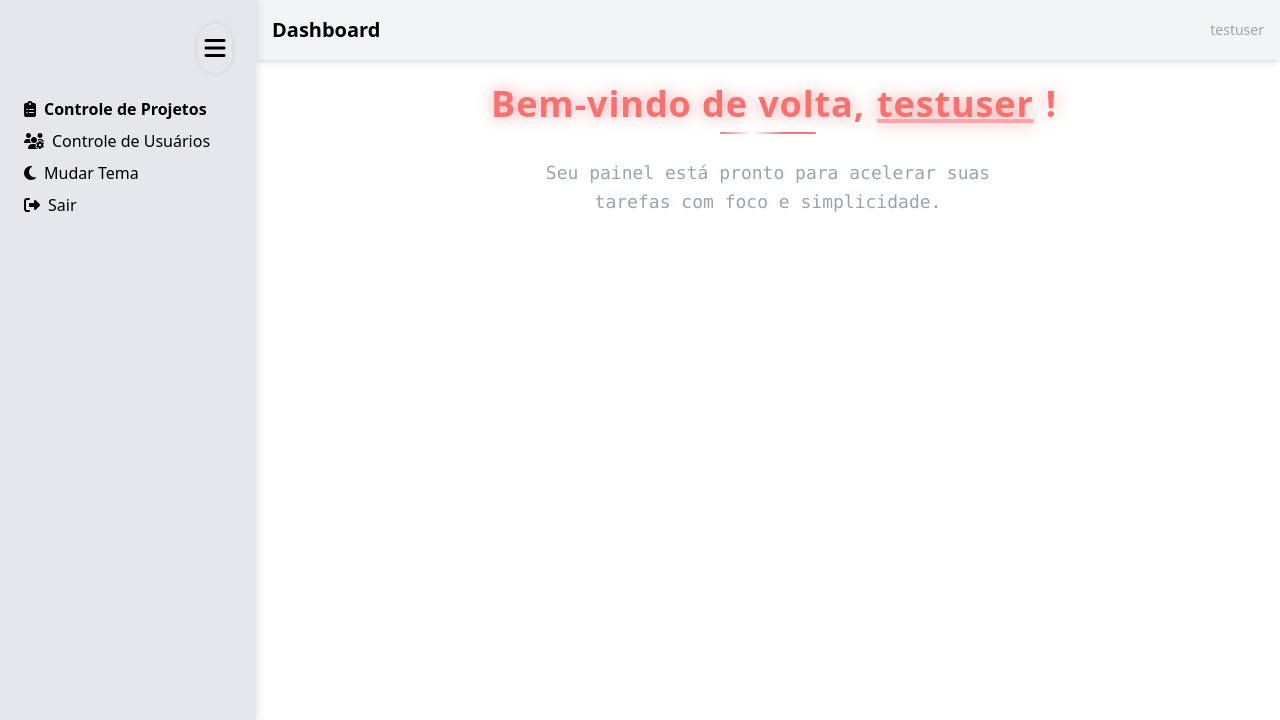
Repository: joaogabrielmonte/organizador
Page: http://localhost/controllers/dashboard.php
An editor plug-in stored every save of this project. The page is shown before and after the next save, followed by the edit.
The browser window is 1280 px wide. The pictures show the whole page.
Some web libraries are served in a nearby version. The page is run by PHP 8.4 with error messages shown; the project is at /var/www/html/. The session is filled in as if someone had signed in: {"usuario": "testuser", "tema": 1}. Other server files are loaded and not shown.

Above is the page before, as saved 2025-06-26 14:35:19.

### controllers/dashboard.php
<?php

session_start();

// Verifica se o usuário está logado
if (!isset($_SESSION['usuario'])) {
    header('Location: login.php'); // Redireciona para a página de login se não estiver logado
    exit;
}

$usuario = $_SESSION['usuario']; // Pega o nome de usuário da sessão
$tema = $_SESSION['tema'] ?? 'dark'; // Pega o tema da sessão ou define um padrão

// ATENÇÃO: Se você tiver quaisquer funções PHP globais ou configurações que o dashboard precise
// (além do carregamento do menu, que moveremos para a view), inclua-as aqui.
// Por exemplo, se lerUsuarios() for usado em algum lugar neste arquivo para alguma lógica de dashboard,
// você precisaria incluir:
// require_once __DIR__ . '/../includes/functions.php';

// Inclui a view (o arquivo HTML). As variáveis PHP definidas acima ($usuario, $tema)
// estarão disponíveis para serem usadas dentro da view.
require_once __DIR__ . '/../views/dashboard.php';

### views/dashboard.php
<!DOCTYPE html>
<html lang="pt-br">
<head>
  <meta charset="UTF-8" />
  <title>Dashboard - Bem-vindo <?= htmlspecialchars($usuario) ?></title>
  <script src="https://cdn.tailwindcss.com"></script>
  <meta name="viewport" content="width=device-width, initial-scale=1.0" />
  <link
    rel="stylesheet"
    href="https://cdnjs.cloudflare.com/ajax/libs/font-awesome/6.5.0/css/all.min.css"
  />
  <style>
    /* Sidebar estilo */
    .sidebar {
      position: fixed;
      top: 0;
      left: 0;
      bottom: 0; /* ocupa toda a altura */
      width: 16rem; /* 256px */
      padding: 1.5rem;
      background-color: <?= $tema === 'dark' ? '#18181b' : '#e5e7eb' ?>;
      box-shadow: 2px 0 8px rgb(0 0 0 / 0.1);
      overflow-x: visible;
      transition: width 0.3s ease-in-out;
      z-index: 40;
    }

    /* Sidebar colapsada */
    .sidebar.collapsed {
      width: 5.5rem; /* espaço maior para botão */
    }

    /* Título do menu flex com espaço */
    .sidebar h2 {
      display: flex;
      justify-content: space-between;
      align-items: center;
      margin-bottom: 1.5rem;
      color: <?= $tema === 'dark' ? 'white' : 'black' ?>;
      user-select: none;
    }

    /* Esconder textos ao colapsar */
    .sidebar.collapsed .menu-text {
      display: none;
    }

    /* Links e detalhes centralizados no colapsado */
    .sidebar.collapsed nav a,
    .sidebar.collapsed details summary,
    .sidebar.collapsed details div a {
      justify-content: center;
    }
    .sidebar.collapsed details div {
      margin-left: 0;
    }

    /* Botão hamburguer dentro da sidebar no topo direito */
    #toggleSidebar {
      background: transparent; /* sem background */
      color: <?= $tema === 'dark' ? 'white' : 'black' ?>;
      border: none;
      cursor: pointer;
      padding: 0.4rem;
      border-radius: 9999px;
      font-size: 1.5rem;
      box-shadow: 0 0 6px rgba(0, 0, 0, 0.1);
      transition: color 0.3s;
      z-index: 50;
      /* Posicionamento */
      position: relative;
      /* alinhado ao topo direito do h2 */
      margin-left: auto;
      flex-shrink: 0;
    }

    #toggleSidebar:hover {
      color: <?= $tema === 'dark' ? '#f87171' : '#b91c1c' ?>; /* hover vermelho */
    }

    /* Ajuste conteúdo principal */
    .main {
      transition: margin-left 0.3s ease-in-out;
      margin-left: 16rem;
      min-height: 100vh;
      background-color: <?= $tema === 'dark' ? '#121212' : '#fff' ?>;
    }

    /* Conteúdo principal deslocado ao colapsar */
    .sidebar.collapsed ~ .main {
      margin-left: 5.5rem;
    }

    /* Header com padding para não encostar na sidebar */
    header.header-adjust {
      padding-left: 1rem;
      padding-right: 1rem;
      transition: margin-left 0.3s ease-in-out;

    }
    /* Ajusta o header quando sidebar está colapsada */
    .sidebar.collapsed ~ .main header.header-adjust {
      margin-left: 0;
    }

    @keyframes slide {
      0% {
        transform: translateX(-100%);
      }
      100% {
        transform: translateX(100%);
      }
    }
    .animate-slide {
      animation: slide 2s linear infinite;
    }
  </style>
</head>
<body class="<?= $tema === 'dark' ? 'bg-black text-white' : 'bg-white text-black' ?> min-h-screen flex">

  <aside id="sidebar" class="sidebar">
    <h2>
      <span class="menu-text"></span>
      <button id="toggleSidebar" aria-label="Abrir ou fechar menu">
        <i class="fas fa-bars"></i>
      </button>
    </h2>

    <?php
    // O PHP para carregar o menu do JSON ainda precisa estar aqui na view,
    // pois ele é responsável por "renderizar" o menu.
    // O caminho para o JSON é relativo a este arquivo de view, que está em 'views/'.
    // Portanto, precisa voltar dois níveis para chegar na raiz e então acessar 'data/'.
    $menu = json_decode(file_get_contents(__DIR__ . '/../data/menu.json'), true);
    ?>

    <nav class="flex flex-col gap-2">
      <?php foreach ($menu as $item): ?>
        <?php if (isset($item['submenu'])): ?>
          <details class="group">
            <summary
              class="cursor-pointer hover:text-rose-400 font-semibold flex items-center gap-2"
            >
              <i class="<?= $item['icone'] ?? 'fas fa-bars' ?>"></i>
              <span class="menu-text"><?= $item['titulo'] ?></span>
            </summary>
            <div class="ml-6 mt-2 flex flex-col gap-1">
              <?php foreach ($item['submenu'] as $sub): ?>
                <a
                  href="<?= $sub['link'] ?>"
                  class="hover:text-rose-400 text-sm flex items-center gap-2"
                >
                  <i class="<?= $sub['icone'] ?? 'fas fa-dot-circle' ?>"></i>
                  <span class="menu-text"><?= $sub['titulo'] ?></span>
                </a>
              <?php endforeach; ?>
            </div>
          </details>
        <?php else: ?>
          <a href="<?= $item['link'] ?>" class="hover:text-rose-400 flex items-center gap-2">
            <i class="<?= $item['icone'] ?? 'fas fa-circle' ?>"></i>
            <span class="menu-text"><?= $item['titulo'] ?></span>
          </a>
        <?php endif; ?>
      <?php endforeach; ?>
    </nav>
  </aside>

  <div class="main flex-1">
    <header
      class="header-adjust <?= $tema === 'dark' ? 'bg-zinc-950' : 'bg-gray-100' ?> p-4 flex items-center justify-between shadow-md sticky top-0 z-30"
    >
      <h1 class="text-xl font-semibold">Dashboard</h1>
      <span class="hidden md:block text-sm text-gray-400">
        <?= htmlspecialchars($usuario) ?>
      </span>
    </header>

    <main class="p-6 max-w-4xl mx-auto flex flex-col items-center text-center">
      <h2 class="text-3xl md:text-4xl font-extrabold mb-2 tracking-wide text-red-400 drop-shadow-[0_0_8px_rgba(248,113,113,0.7)] flex items-center gap-3">
        <i class="fas fa-hand-wave animate-pulse"></i>
        Bem-vindo de volta, <span class="underline decoration-rose-300 decoration-4"><?= htmlspecialchars($usuario) ?></span>!
      </h2>
      <div class="w-24 h-[2px] bg-rose-400 rounded-full mb-6 relative overflow-hidden">
        <div class="absolute left-0 top-0 h-[2px] w-16 bg-gradient-to-r from-transparent via-white to-transparent
                     animate-slide"></div>
      </div>
      <p class="text-gray-400 font-mono text-lg max-w-md leading-relaxed">
        Seu painel está pronto para acelerar suas tarefas com foco e simplicidade.
      </p>
    </main>
  </div>

  <script>
    const sidebar = document.getElementById('sidebar');
    const toggleSidebar = document.getElementById('toggleSidebar');

    toggleSidebar.addEventListener('click', () => {
      sidebar.classList.toggle('collapsed');
    });
  </script>
</body>
</html>

### data/menu.json
[
  {
  "titulo": "Controle de Projetos",
  "icone": "fas fa-clipboard-list",
  "submenu": [
    {
      "titulo": "Painel de Lista",
      "link": "painel.php",
      "icone": "fas fa-list"
    },
    {
      "titulo": "Painel Kanban",
      "link": "kanban.php",
      "icone": "fas fa-columns"
    }
  ]
}
,
  {
    "titulo": "Controle de Usuários",
    "link": "controle_usuarios.php",
    "icone": "fas fa-users-cog"
  },
  {
    "titulo": "Mudar Tema",
    "link": "../assets/tema.php",
    "icone": "fas fa-moon"
  },
  {
    "titulo": "Sair",
    "link": "logout.php",
    "icone": "fas fa-sign-out-alt"
  }
]

After the next save:
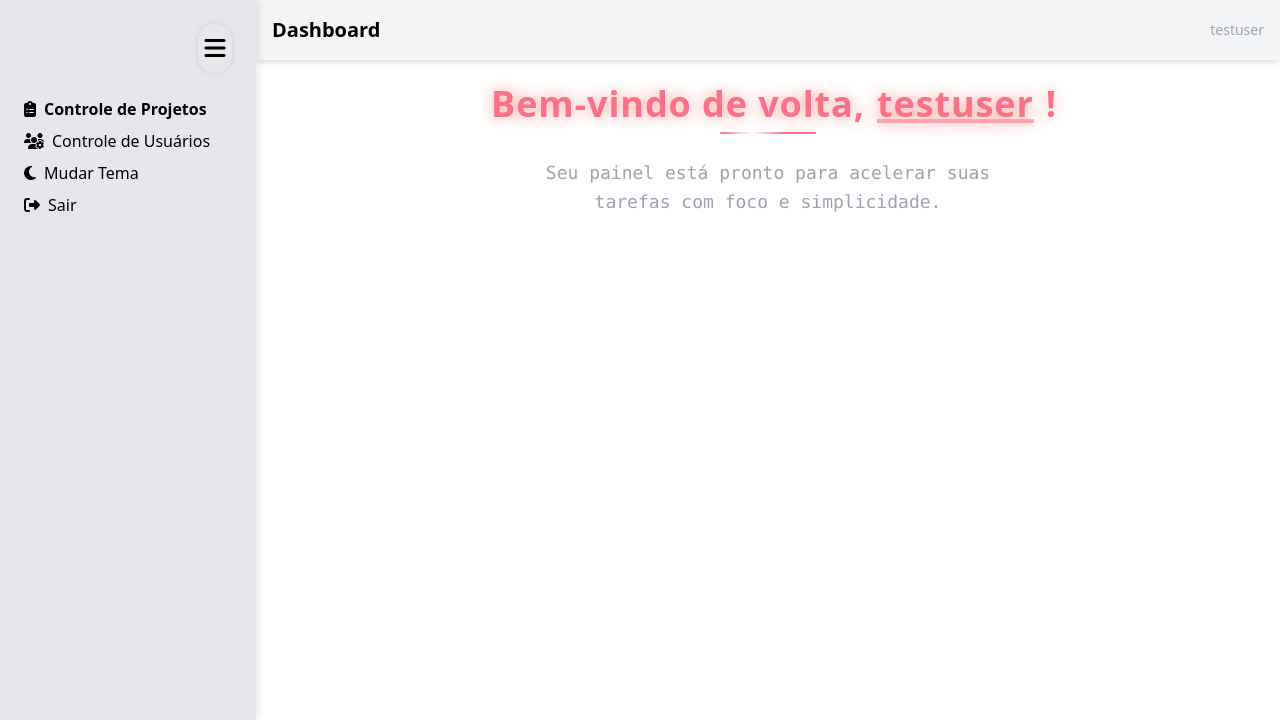
Saved 5 s later.
--- a/views/dashboard.php
+++ b/views/dashboard.php
@@ -177,7 +177,7 @@
     </header>
 
     <main class="p-6 max-w-4xl mx-auto flex flex-col items-center text-center">
-      <h2 class="text-3xl md:text-4xl font-extrabold mb-2 tracking-wide text-red-400 drop-shadow-[0_0_8px_rgba(248,113,113,0.7)] flex items-center gap-3">
+      <h2 class="text-3xl md:text-4xl font-extrabold mb-2 tracking-wide text-rose-400 drop-shadow-[0_0_8px_rgba(248,113,113,0.7)] flex items-center gap-3">
         <i class="fas fa-hand-wave animate-pulse"></i>
         Bem-vindo de volta, <span class="underline decoration-rose-300 decoration-4"><?= htmlspecialchars($usuario) ?></span>!
       </h2>
